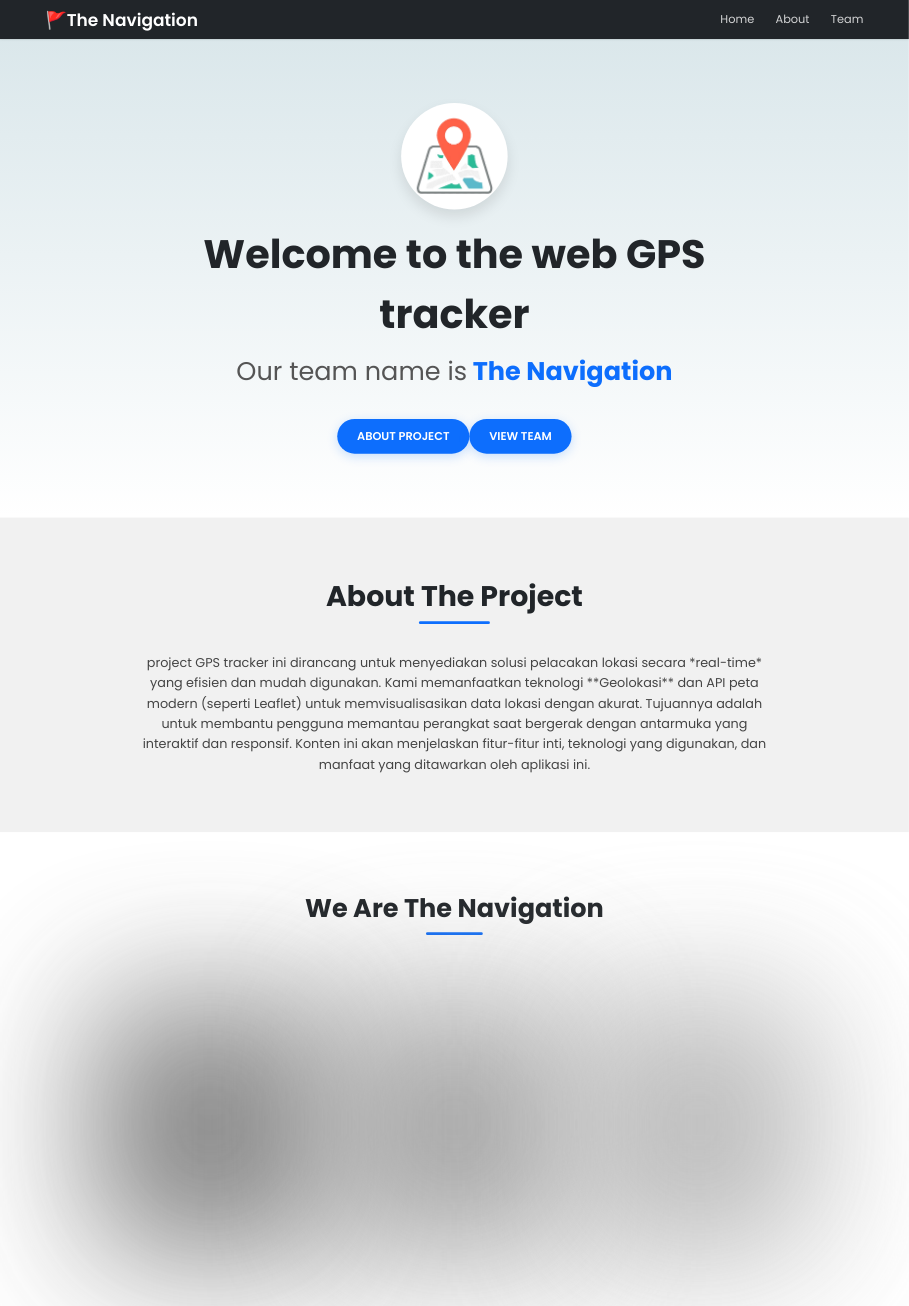
Repository: ammarsetiawan/gps-traker
Page: about.html
These files come from the project's save history. The page is drawn as it stood at one moment and after a run of saves; the edit follows.
The browser window is 1280 px wide. The pictures show the whole page, at 71% of full size.
The pointer rests on the first visible `.cards`.

Above is the page before, as saved 2025-11-27 16:53:44.

### about.html
<!DOCTYPE html>
<html lang="en">

<head>
    <meta charset="UTF-8">
    <meta name="viewport" content="width=device-width, initial-scale=1.0">
    <title>GPS Tracking - The Navigation</title>
    <link rel="stylesheet" href="https://unpkg.com/leaflet/dist/leaflet.css" />
    <link href="https://fonts.googleapis.com/css2?family=Poppins:wght@300;400;600;700&display=swap" rel="stylesheet">

    <style>
        :root {
            --primary-color: #0d6efd;
            --secondary-color: #0b5ed7;
            --dark-color: #212529;
            --light-color: #ffffff;
            --background-light: #f1f1f1;
            --red-card: #cf2141;
            --blue-card: #3b82f6;
            --green-card: #22c55e;
            --font-family: 'Poppins', sans-serif;
        }

        /* 🔄 Global Reset & Body */
        * {
            margin: 0;
            padding: 0;
            box-sizing: border-box;
            scroll-behavior: smooth;
        }

        body {
            font-family: var(--font-family);
            background: var(--light-color);
            padding-top: 55px;
            scroll-padding-top: 55px;
            transition: all 0.3s ease;
        }

        /* 🚀 NAVBAR */
        nav {
            background-color: var(--dark-color);
            height: 55px;
            display: flex;
            align-items: center;
            padding: 0 5%;
            position: fixed;
            width: 100%;
            top: 0;
            box-shadow: 0 2px 4px rgba(0, 0, 0, 0.1);
            z-index: 1000;
        }

        nav .brand {
            font-size: 24px;
            font-weight: 600;
            color: var(--light-color);
        }

        nav ul {
            list-style: none;
            display: flex;
            gap: 30px;
            margin-left: auto;
        }

        nav ul li a {
            text-decoration: none;
            color: rgba(255, 255, 255, 0.8);
            font-size: 16px;
            font-weight: 400;
            transition: 0.3s ease;
            position: relative;
            padding-bottom: 5px;
        }

        nav ul li a:hover {
            color: var(--light-color);
        }

        nav ul li a::after {
            content: '';
            position: absolute;
            width: 0;
            height: 2px;
            display: block;
            margin-top: 5px;
            right: 0;
            background: var(--primary-color);
            transition: width 0.3s ease;
        }

        nav ul li a:hover::after {
            width: 100%;
            left: 0;
            right: auto;
        }

        /* 🏠 Hero Section */
        .background {
            background: linear-gradient(to bottom, rgba(73, 136, 155, 0.2), rgba(92, 92, 88, 0));
            min-height: calc(100vh - 55px);
            padding: 50px 0;
            position: relative;
        }

        .container {
            height: 100%;
            display: flex;
            justify-content: center;
            align-items: center;
            padding: 0 5%;
        }

        .sub-container {
            padding: 40px 20px;
            text-align: center;
            max-width: 800px;
            margin: 0 auto;
        }

        .card-icons {
            width: 150px;
            height: 150px;
            display: flex;
            justify-content: center;
            align-items: center;
            margin: 0 auto 20px auto;
            border-radius: 50%;
            background: var(--light-color);
            box-shadow: 0 10px 20px rgba(0, 0, 0, 0.1);
            overflow: hidden;
        }

        .card-icons img {
            max-width: 80%;
            max-height: 80%;
            object-fit: contain;
        }

        .font-home {
            font-size: clamp(30px, 5vw, 56px);
            font-weight: 700;
            display: block;
            margin-bottom: 10px;
            color: var(--dark-color);
        }

        .font {
            display: flex;
            justify-content: center;
            align-items: center;
            font-size: clamp(20px, 3vw, 36px);
            font-weight: 400;
            color: #555;
            margin-bottom: 40px;
        }

        .font span {
            color: var(--primary-color);
            font-weight: 700;
            margin-left: 8px;
        }

        .button-group {
            display: flex;
            justify-content: center;

        }

        /* Tombol Utama */
        .btn-custom {
            gap: 20px;
            display: inline-block;
            background-color: var(--primary-color);
            color: var(--light-color);
            padding: 12px 28px;
            border: none;
            border-radius: 50px;
            font-size: 16px;
            cursor: pointer;
            font-weight: 600;
            box-shadow: 0 4px 15px rgba(0, 110, 255, 0.2);
            transition: all 0.3s ease;
            text-decoration: none;
            text-transform: uppercase;
        }

        .btn-custom:hover {
            background-color: var(--secondary-color);
            transform: translateY(-3px);
            box-shadow: 0 8px 20px rgba(0, 110, 255, 0.3)
        }

        .btn-custom:active {
            background-color: #0a58ca;
            transform: translateY(0);
        }

        /* 📖 About Section */
        .background-page2 {
            background-color: var(--background-light);
            padding: 80px 5%;
            min-height: 400px;
        }

        .about-content {
            text-align: center;
            max-width: 900px;
            margin: 0 auto;
        }

        .about-project {
            font-size: clamp(30px, 4vw, 40px);
            font-weight: 700;
            color: var(--dark-color);
            position: relative;
            display: inline-block;
            margin-bottom: 20px;
        }

        .about-project::after {
            content: '';
            position: absolute;
            bottom: -10px;
            left: 50%;
            transform: translateX(-50%);
            width: 100px;
            height: 4px;
            background-color: var(--primary-color);
            border-radius: 2px;
        }

        .text-about {
            margin-top: 30px;
            font-size: 18px;
            line-height: 1.6;
            color: #444;
            min-height: 100px;
        }


        .background-page3 {
            padding: 80px 5%;

            min-height: 500px;
            text-align: center;
        }

        .team {
            font-size: clamp(28px, 3.5vw, 36px);
            font-weight: 700;
            position: relative;
            display: inline-block;
            margin-bottom: 20px;
            color: var(--dark-color);
        }

        .team::after {
            content: '';
            position: absolute;
            bottom: -10px;
            left: 50%;
            transform: translateX(-50%);
            width: 80px;
            height: 4px;
            background-color: var(--primary-color);
            border-radius: 2px;
        }



        .cards {
            position: relative;
            top: 50px;
            display: grid;
            grid-template-columns: repeat(auto-fit, minmax(280px, 1fr));
            gap: 30px;
            max-width: 1000px;
            margin: 0 auto;
            padding-bottom: 50px;

        }

        .cards .card {

            display: flex;
            align-items: center;
            justify-content: center;
            flex-direction: column;
            text-align: center;
            padding: 30px 20px;
            min-height: 280px;
            border-radius: 15px;
            color: var(--light-color);
            cursor: pointer;
            transition: all 0.4s ease;
            box-shadow: 0 10px 20px rgba(0, 0, 0, 0.1);
            position: relative;
        }

        /* Definisi Warna Kartu */
        .cards .red {
            background-color: var(--red-card);
        }

        .cards .blue {
            background-color: var(--blue-card);
        }

        .cards .green {
            background-color: var(--green-card);
        }


        .cards .card img {
            width: 90px;
            height: 90px;
            border-radius: 50%;
            margin-bottom: 15px;
            object-fit: cover;
            border: 4px solid var(--light-color);
        }

        .cards .card .tip {
            font-size: 1.3em;
            font-weight: 700;
            margin-bottom: 5px;
        }

        .cards .card .second-text {
            font-size: .9em;
            font-weight: 300;
            margin-bottom: 25px;

        }

        .cards .card .btn-custom {
            padding: 10px 20px;
            font-size: 15px;
            background-color: rgba(255, 255, 255, 0.2);
            box-shadow: none;
            border-radius: 20px;
            margin-bottom: 10px;
        }

        .cards .card .btn-custom:hover {
            background-color: rgba(0, 0, 0, 0.4);
            transform: none;
        }


        .cards .card:hover {
            transform: translateY(-10px);
            box-shadow: 0 15px 30px rgba(0, 0, 0, 0.2);
        }

        /* Efek blur pada kartu lain saat hover */
        .cards:hover>.card:not(:hover) {
            filter: blur(102px) grayscale(100%);
            opacity: 0.8;
            transform: none;
        }


        #menuBtn {
            margin-left: auto;
            background: transparent;
            border: none;
            padding: 5px;
            cursor: pointer;
            display: none;

        }

        #menuBtn div {
            width: 25px;
            height: 3px;
            background-color: var(--light-color);
            margin: 4px 0;
            transition: 0.3s;
            border-radius: 2px;
        }

        /* 📱 MEDIA QUERY: Mobile/Tablet */
        @media (max-width: 768px) {
            .btn-custom {
                margin-bottom: 20px;
            }

            nav {
                padding: 0 3%;
            }

            nav ul {
                position: fixed;
                top: 55px;
                right: 0;
                background: var(--dark-color);
                width: 200px;
                flex-direction: column;
                padding: 15px;
                display: none;
                border-bottom-left-radius: 10px;
                z-index: 999;
                box-shadow: -2px 2px 5px rgba(0, 0, 0, 0.2);
                transform: translateX(100%);
                transition: transform 0.3s ease-out;
            }

            nav ul.show {
                display: flex;
                transform: translateX(0);
            }

            nav ul li a {
                padding: 10px 0;
                display: block;
                border-bottom: 1px solid rgba(255, 255, 255, 0.1);
            }

            #menuBtn {
                display: block;
            }

            .button-group {
                flex-direction: column;
                gap: 15px;
            }

            .btn-custom {
                width: 80%;
                margin: 0 auto;
            }

            /* Perbaikan fokus di mobile */
            .background-page3 {
                padding: 60px 3%;

            }

            .cards {
                grid-template-columns: 1fr;

                top: 30px;
            }
        }
    </style>
</head>

<body>

    <nav>
        <h2 class="brand">🚩The Navigation</h2>

        <button id="menuBtn">
            <div></div>
            <div></div>
            <div></div>
        </button>

        <ul id="menu">
            <li><a href="./index.html">Home</a></li>
            <li><a href="#about-section">About</a></li>
            <li><a href="#view-team">Team</a></li>
        </ul>
    </nav>

    <section class="background">
        <div class="container">
            <div class="sub-container">
                <div class="card-icons">


                    <img src="./png-clipart-gps-navigation-device-gps-tracking-unit-vehicle-tracking-system-icon-green-map-red-location-mark-map-logo-electronics-text-thumbnail-removebg-preview.png"
                        alt="">

                </div>

                <h2 class="font-home">Welcome to the web GPS tracker</h2>
                <div class="font">
                    Our team name is
                    <span class="font-arch">The Navigation</span>
                </div>

                <div class="button-group">
                    <a href="#about-section" class="btn-custom">
                        About Project
                    </a>
                    <a href="#view-team" class="btn-custom">
                        View Team
                    </a>
                </div>
            </div>
        </div>
        <footer>
        </footer>
    </section>

    <section class="background-page2" id="about-section">
        <div class="about-content">
            <h2 class="about-project">About The Project</h2>
            <p class="text-about">
                project GPS tracker ini dirancang untuk menyediakan solusi pelacakan lokasi secara *real-time* yang
                efisien dan mudah digunakan. Kami memanfaatkan teknologi **Geolokasi** dan API peta modern (seperti
                Leaflet) untuk memvisualisasikan data lokasi dengan akurat. Tujuannya adalah untuk membantu pengguna
                memantau perangkat saat bergerak dengan antarmuka yang interaktif dan responsif. Konten ini akan
                menjelaskan fitur-fitur inti, teknologi yang digunakan, dan manfaat yang ditawarkan oleh aplikasi ini.
            </p>
        </div>
    </section>

    <section class="background-page3" id="view-team">
        <div style="text-align: center; padding-bottom: 30px;">
            <h2 class="team">We Are The Navigation</h2>
        </div>

        <div class="cards">
            <div class="card red">
                <img src="data:[embedded picture, 6755 characters]"
                    alt="Furqon Nailul Huda Avatar">
                <p class="tip">Furqon Nailul Huda</p>
                <p class="second-text">Project Lead & Backend Developer</p>

                <a href="#" class="btn-custom">Contact Info</a>
                <a href="#" class="btn-custom">Contact Info</a>
            </div>
            <div class="card blue">
                <img src="data:[embedded picture, 6755 characters]"
                    alt="Ammar Bassam Setiawan Avatar">
                <p class="tip">Ammar Bassam Setiawan</p>
                <p class="second-text">Frontend & UI/UX Specialist</p>
                <a href="#" class="btn-custom">Contact Info</a>
            </div>
            <div class="card green">
                <img src="data:[embedded picture, 6755 characters]"
                    alt="Dhabit Abdilah Adibraja Avatar">
                <p class="tip">Dhabit Abdilah Adibraja</p>
                <p class="second-text">Database & Infrastructure Engineer</p>
                <a href="#" class="btn-custom">Contact Info</a>
            </div>
        </div>
    </section>


    <div id="content"></div>
    <script>
        const btn = document.getElementById("menuBtn");
        const menu = document.getElementById("menu");

        btn.addEventListener("click", () => {
            // Menggunakan class 'show' untuk menampilkan/menyembunyikan menu
            menu.classList.toggle('show');
        });

        // Menutup menu saat link di klik (khusus mobile)
        document.querySelectorAll('#menu a').forEach(link => {
            link.addEventListener('click', () => {
                // Hanya tutup jika tampilan adalah mobile (misalnya, jika menu ditampilkan sebagai dropdown)
                if (window.innerWidth <= 768) {
                    menu.classList.remove('show');
                }
            });
        });
    </script>

</body>

</html>

After the next 3 saves:
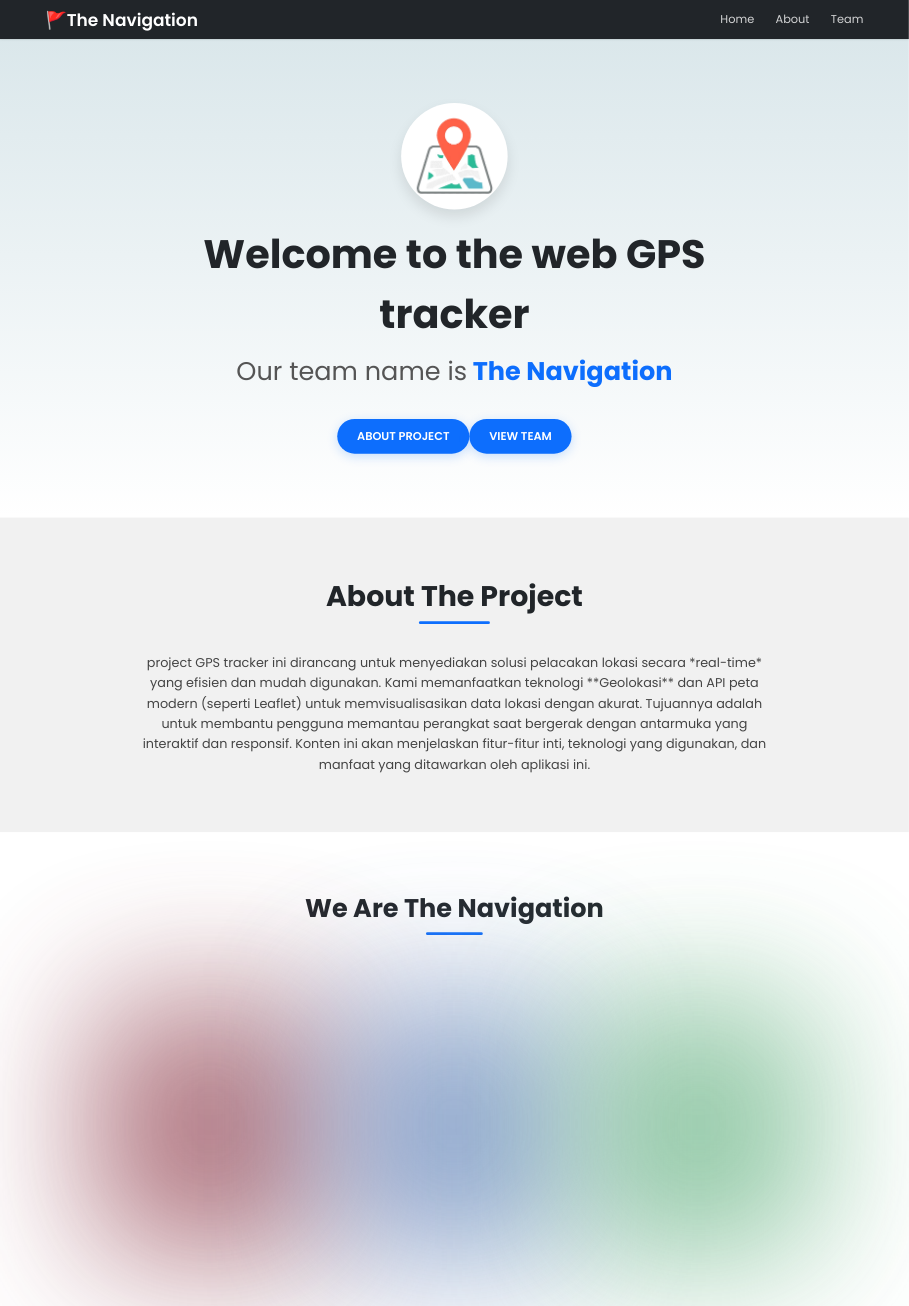
The 3 saves are shown as one change because they came seconds apart.
The last was saved 14 s later.
--- a/about.html
+++ b/about.html
@@ -357,7 +357,7 @@
 
         /* Efek blur pada kartu lain saat hover */
         .cards:hover>.card:not(:hover) {
-            filter: blur(102px) grayscale(100%);
+            filter: blur(102px) grayscale(50%);
             opacity: 0.8;
             transform: none;
         }
